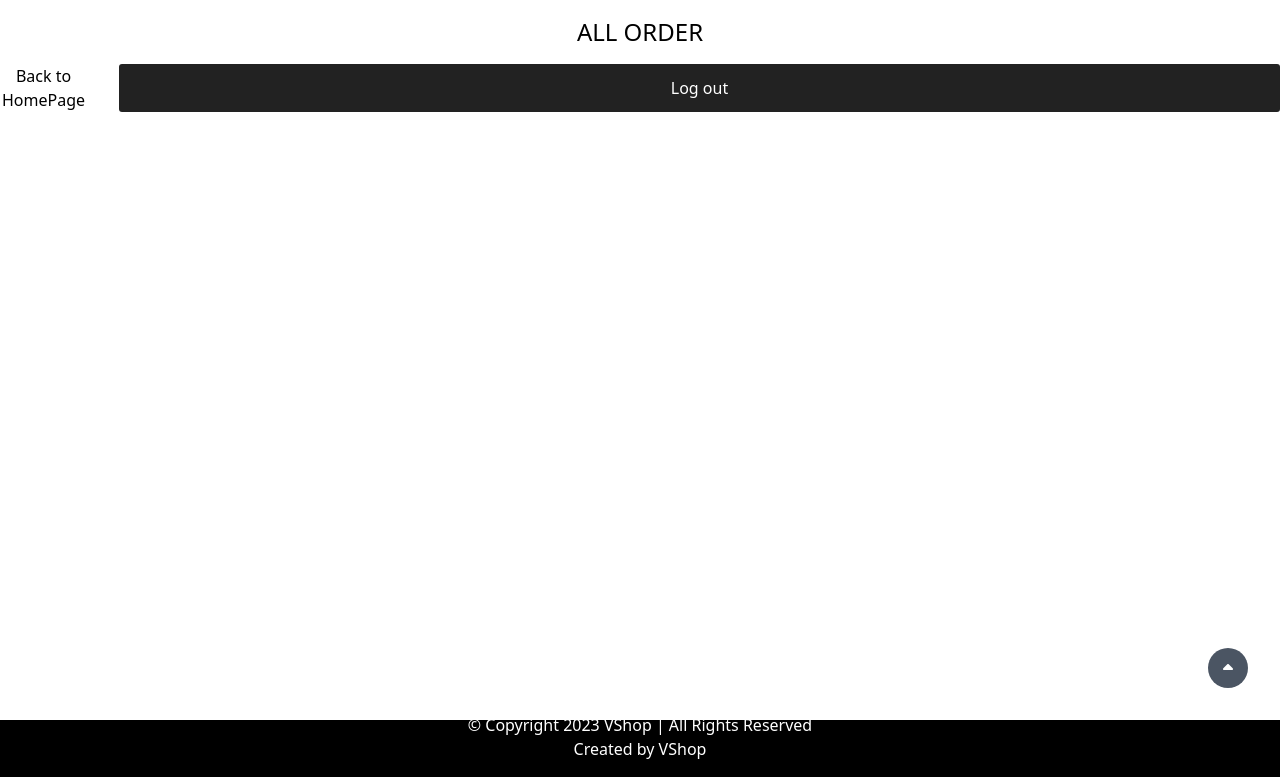
Repository: Kith933UTH/VSHOP
Page: /user
The author's editor kept a copy of each file at every save. The page is drawn from the files as they stood at one save, then again after the next save.
The browser window is 1280 px wide. The pictures show the whole page.
Pictures or frames that could not be fetched are drawn as grey boxes. An inner scrolling area shows only its first screen. The project was rebuilt for these pictures with package versions that can differ from the ones it lists, and the page was loaded fresh each time. Also part of the build but not shown: src/components/product-item/ProductItem.js, src/components/loader/Loader.js, src/constants/constants.js, src/components/product-filters/Category.js, src/components/product-filters/Price.js, src/components/product-filters/Rating.js, src/components/product-filters/ProductFilters.js, src/components/cart-shopping/CartEmpty.js and 24 more.

Above is the page before, as saved 2023-08-05 23:11:51.

### public/index.html
<!DOCTYPE html>
<html lang="en">
  <head>
    <meta charset="utf-8" />
    <link rel="icon" href="./logo.png" />
    <meta name="viewport" content="width=device-width, initial-scale=1" />
    <meta name="theme-color" content="#000000" />
    <meta
      name="description"
      content="Web site created using create-react-app"
    />
    <link rel="apple-touch-icon" href="%PUBLIC_URL%/logo192.png" />
    <!--
      manifest.json provides metadata used when your web app is installed on a
      user's mobile device or desktop. See https://developers.google.com/web/fundamentals/web-app-manifest/
    -->
    <link rel="manifest" href="%PUBLIC_URL%/manifest.json" />
    <!--
      Notice the use of %PUBLIC_URL% in the tags above.
      It will be replaced with the URL of the `public` folder during the build.
      Only files inside the `public` folder can be referenced from the HTML.

      Unlike "/favicon.ico" or "favicon.ico", "%PUBLIC_URL%/favicon.ico" will
      work correctly both with client-side routing and a non-root public URL.
      Learn how to configure a non-root public URL by running `npm run build`.
    -->
    <title>VShop</title>
  </head>
  <body>
    <noscript>You need to enable JavaScript to run this app.</noscript>
    <div id="root"></div>
  </body>
</html>

### src/index.js
import React from 'react'
import ReactDOM from 'react-dom/client'
import App from './App'
import {Provider} from "react-redux"
import {BrowserRouter} from "react-router-dom"
import {store} from "./redux"
import './index.css'

const root = ReactDOM.createRoot(document.getElementById('root'))
root.render(
    <Provider store={store}>
        <BrowserRouter>
            <App />
        </BrowserRouter>
    </Provider>
)

### src/redux/index.js
import {configureStore} from "@reduxjs/toolkit"
import {productsApi} from "./products/products.api"
import {productReducer} from "./products/products.slice"
import {setupListeners} from "@reduxjs/toolkit/query"

export const store = configureStore({
    reducer: {
        [productsApi.reducerPath]: productsApi.reducer,
        product: productReducer
    },
    middleware: getDefaultMiddleware => getDefaultMiddleware().concat(productsApi.middleware)
})

setupListeners(store.dispatch)

### src/index.css
@tailwind base;
@tailwind components;
@tailwind utilities;

@layer utilities {
    input[type="number"]::-webkit-inner-spin-button,
    input[type="number"]::-webkit-outer-spin-button {
        @apply appearance-none;
    }
}

html, body {
    width: 100%;
    height: 100%;
}

body::-webkit-scrollbar,
.box-item::-webkit-scrollbar,
.search-box::-webkit-scrollbar{
    width: 8px;
}

main {
    display: flex;
    flex-direction: column;
    height: 100%;
}

body::-webkit-scrollbar-thumb,
.box-item::-webkit-scrollbar-thumb,
.search-box::-webkit-scrollbar-thumb{
    background-color: #ccc;
    border-radius: 20px;
}

#root {
    height: 100%;
}

body {
    overflow: hidden;
}

.productItem:hover {
    transition: opacity .3s linear;
    opacity: .5;
}

.box-item {
    height: 320px;
    overflow-y: scroll;
}

/* Loader */
.loader-box {
    width: 100px;
    height: 100px;
    display: flex;
    justify-content: center;
    align-items: center;
    margin: 50px auto 0;
}

.loader{
    position: relative;
    width: 70px;
    height: 70px;
}

.loader span {
    position: absolute;
    top:0;
    left: 0;
    width: 100%;
    height: 100%;
    transform: rotate(calc(18deg * var(--i)));
}

.loader span::before {
    content:'';
    position: absolute;
    top: 0;
    left: 0;
    width: 10px;
    height: 10px;
    background: #000;
    border-radius: 50%;
    transform: scale(0);
    animation: animate 2s linear infinite;
    animation-delay: calc(0.1s * var(--i));
}
@keyframes animate {
    0%{
        transform: scale(0);
    }
    10%{
        transform: scale(1.2);
    }
    80%,100%{
        transform: scale(0);
    }
}

### src/context/context.js
import {createContext} from "react"

export const Context = createContext()

### src/components/footer/Footer.js
import React from "react"
import { Contact } from "../contact/Contact"
import { Policy } from "../policy/Policy"
export function Footer() {
    return (
        <footer className='bg-black text-white in-h-fit'>
            {/* <div className='max-w-[1240px] mx-auto py-2 text-sm sm:text-base'>
                <div className='flex justify-center'>
                    <a href='https://github.com/VolodymyrGoshko/react-shop'
                       target='_blank'
                       rel="noreferrer"
                       className='capitalize border-b mb-3 text-base hover:text-gray-300 transition'
                    >
                        view source code on github
                    </a>
                </div>
                <div className='flex justify-center flex-col items-center'>
                    <p className='text-center'>© Copyright 2022 React Shop | All Rights Reserved</p>
                    <a href='https://www.linkedin.com/in/volodymyr-goshko-656ab920b/'
                       target="_blank"
                       rel="noreferrer"
                       className='hover:text-gray-300 transition'
                    >
                        Created by Volodymyr Goshko
                    </a>
                </div>
            </div> */}
            <Contact />
            <Policy />
            <div className='flex justify-center flex-col items-center my-4'>
                    <p className='text-center'>© Copyright 2023 VShop | All Rights Reserved</p>
                    <a href='#' className='hover:text-gray-300 transition' >
                        Created by VShop
                    </a>
                </div>
        </footer>
    )
}

### src/components/btn-scroll/BtnScroll.js
import React from "react"
import {FontAwesomeIcon} from "@fortawesome/react-fontawesome"
import {faCaretUp} from "@fortawesome/free-solid-svg-icons"

export function BtnScroll() {
    const topClick = () => {
        const body = document.querySelector('body').getBoundingClientRect().top + window.scrollY
        window.scroll({
            top: body,
            behavior: 'smooth'
        })
    }

    return (
        <button
            className='fixed bottom-8 right-4 bg-gray-600 text-white rounded-full w-[30px] h-[30px] md:w-[40px] md:h-[40px] md:right-8 md:bottom-8 z-20 shadow-gray-600'
            onClick={topClick}
        >
            <FontAwesomeIcon icon={faCaretUp}/>
        </button>
    )
}

### src/components/user/User.js
import React from "react"
import {useDispatch, useSelector} from "react-redux"
import { useNavigate} from "react-router-dom"
import { OrderItem } from "./OrderItem"
import { toggleLogin } from "../../redux/products/products.slice"

export function User() {
    const dispatch = useDispatch()
    const navigate = useNavigate()
    const {order} = useSelector(state => state.product)
    const totalPrice = (items) => {
        let price = 0
        items.forEach(item => price += item.price * item.quantity)
        return Math.round(price * 100) / 100
    }
    const handleLogOut = () => {
        dispatch(toggleLogin(false))
        navigate('/')
    }
    const handleBack = () => {
        navigate('/')
    }

    return (
        <div className="fixed top-0 left-0 bottom-0 right-0 overflow-scroll z-20 bg-white">
        <div className="text-2xl font-medium text-center py-4">ALL ORDER</div>
        <div className={`min-w-[400px] min-h-screen flex flex-col items-center}`}>
            {!order
            ? 'No order yet'
            : order.map((items, index) =>
            <div key={index} className="border-2 rounded border-black mb-10 w-4/5">
                <div className="text-2xl font-medium pl-2 border-b-2"> Order {index + 1} </div>
                {items.map(item => <OrderItem key={item.id} item={item}/>)}
                <div className='mr-0 sm:mr-4 font-semibold flex justify-end'>
                    <span className='text-base sm:text-xl my-2'>Total:  </span>
                    <span className='text-base sm:text-xl my-2 ml-4'>{totalPrice(items)} $</span>
                </div>
            </div>
            )}
            <div className="flex ">
                <button  className="w-24 mr-8" onClick={handleBack}>Back to HomePage</button>
                <button id="sub_btn" onClick={handleLogOut}>Log out</button>
            </div>
        </div>
        </div>
    )
}

### src/redux/products/products.api.js
import {createApi, fetchBaseQuery} from "@reduxjs/toolkit/query/react"

export const productsApi = createApi({
    reducerPath: 'products/api',
    baseQuery: fetchBaseQuery({
        baseUrl: 'https://fakestoreapi.com'
    }),
    // refetchOnFocus: true,
    endpoints: build => ({
        getProductsAll: build.query({
            query:() => ({
                url: '/products'
            })
        }),
        getProductById: build.query({
            query:(id) => ({
                url: `/products/${id}`
            })
        }),
        getProductByCategory: build.query({
            query:(category) => ({
                url: `/products/category/${category}`
            })
        })
    })
})

export const {
    useGetProductsAllQuery,
    useGetProductByIdQuery,
    useGetProductByCategoryQuery
} = productsApi

### src/redux/products/products.slice.js
import {createSlice} from "@reduxjs/toolkit"

const productsSlice = createSlice({
    name: 'products',
    initialState: {
        cart: [],
        btnCart: null,
        filters: {},
        search: false,
        searchFilterProducts: null,
        logged: false,
        user: {username: 'username', password: 'password'},
        order: JSON.parse(localStorage.getItem("ORDER")) || []
    },
    reducers: {
        clearCart(state, action) {
            state.cart = state.cart.slice(0, action.payload)
        },
        addProductToCart(state, action) {
            state.cart.push({...action.payload, quantity: 1})
        },
        incrementProductInCart(state, action) {
            const item = state.cart.find(item => item.id === action.payload)
            item.quantity++
        },
        decrementProductInCart(state, action) {
            const item = state.cart.find(item => item.id === action.payload)
            if (item.quantity === 1) {
                item.quantity = 1
            } else {
                item.quantity--
            }
        },
        toggleBtnCart(state, action) {
            state.btnCart = action.payload
        },
        removeItemFromCart(state, action) {
            state.cart = state.cart.filter(el => el.id !== action.payload)
        },
        filtersProductsByCategory(state, action) {
            state.filters = action.payload
        },
        toggleSearchForm(state, action) {
            state.search = action.payload
        },
        toggleLogin(state, action) {
            state.logged = action.payload
        },
        setSearchFilterProducts(state, action) {
            state.searchFilterProducts = action.payload
        },
        setLocalStorage(state, action) {
            state.order.push(action.payload)
            localStorage.setItem('ORDER', JSON.stringify(state.order))
        }
    },
})

export const productReducer = productsSlice.reducer
export const {
    clearCart,
    addProductToCart,
    incrementProductInCart,
    decrementProductInCart,
    toggleBtnCart,
    removeItemFromCart,
    filtersProductsByCategory,
    toggleSearchForm,
    toggleLogin,
    setSearchFilterProducts,
    setLocalStorage
} = productsSlice.actions

### src/components/policy/Policy.js
import React from "react"
import { Link } from "react-router-dom"
export function Policy() {
    return (
        <div className='text-white in-h-fit max-w-[1240px] mx-auto py-2 text-sm sm:text-base flex justify-around items-cente'>
            <Link className='text-lg font-medium text-center' to='/return-policy'>
                RETURN POLICIES
            </Link>
            <Link className='text-lg font-medium text-center' to='/warranty-policy'>
                WARRANTY POLICIES
            </Link>
            <Link className='text-lg font-medium text-center' to='/shipping-policy'>
                SHIPPING POLICIES
            </Link>
        </div>
    )
}

### src/components/login/index.css
/* .m-5-auto {
    margin: 5rem auto
} */

.primary-button {
    margin-top: 5rem;
    margin-right: 1rem;
    padding: .6rem;
    width: 10rem;
    background: #222;
    border: none;
    color: #fff;
    font-size: 1.2rem;
    transition: all .5s;
    cursor: pointer;
    text-transform: capitalize
}

/***    Landing Page     ***/
.main-title,
.main-para {
    color: #f1f1f1
}

.main-title {
    padding-top: 10rem;
    font-size: 5rem;
    font-family: 'Fascinate', cursive;
    text-transform: uppercase
}

.main-para {
    font-size: 2.5rem;
    text-Transform: capitalize
}

#reg_btn span {
    display: inline-block;
    position: relative;
    transition: 0.5s;
}

#reg_btn span:after {
    content: '\00bb';
    position: absolute;
    opacity: 0;
    top: 0;
    right: -20px;
    transition: 0.5s;
}

#reg_btn:hover span {
  padding-right: 25px;
}

#reg_btn:hover span:after {
  opacity: 1;
  right: 0;
}

/***    Login Page     ***/
.login-page h2 {
    font-weight: 700;
    font-size: 1.9rem;
}
.login-page {
    position: fixed;
    top: 0;
    left: 0;
    right: 0;
    bottom: 0;
    z-index: 10;
    background-color: white;
    padding-top: 100px;
}

.login-page form {
    display: inline-block;
    background: #f3f3f3;
    border: 1px solid #ddd;
    border-radius: 2px;
    padding: 2rem;
    margin: 2rem 0 1rem 0
}

.login-page form label {
    float: left;
    font-size: .9rem;
    margin: 0;
    padding: 0
}

.right-label {
    float: right;
    cursor: pointer
}

.login-page input {
    width: 15rem;
    padding: .3rem;
    border-radius: 5px;
    outline: none;
    border: none
}

#sub_btn {
    display: block;
    width: 100%;
    padding: .3rem;
    border: none;
    background: #222;
    color: #fff;
    border-radius: 3px;
}

#sub_btn:hover {
    background: #333;
    transition: all .5s
}

/* footer p {
    margin: 0;
    font-size: .9rem
} */

/***    Register Page     ***/
#checkbox {
    width: 1rem
}

form span {
    font-size: .8rem
}

#reset_pass_lbl {
    float: left
}

/***    Home Page     ***/
.home-page-title {
    color: #222
}


.register-page input {
    width: 15rem;
    padding: .3rem;
    border-radius: 5px;
    outline: none;
    border: none
}

.register-page h2 {
    font-weight: 700;
    font-size: 1.9rem;
}
.register-page {
    position: fixed;
    top: 0;
    left: 0;
    right: 0;
    bottom: 0;
    z-index: 10;
    background-color: white;
    padding-top: 100px;
}

.register-page form {
    display: inline-block;
    background: #f3f3f3;
    border: 1px solid #ddd;
    border-radius: 2px;
    padding: 2rem;
    margin: 2rem 0 1rem 0
}

.register-page form label {
    float: left;
    font-size: .9rem;
    margin: 0;
    padding: 0
}

### src/components/contact/index.css
.contact-section {
    /* height: 96vh; */
    width: 100%;
    border-bottom: 1px solid #999;
}

.form-area {
    position: relative;
    /* height:84vh; */
    width: 100%;
    background: black;
    -webkit-box-sizing: border-box;
    box-sizing: border-box;
}

.form-area .form-wrap {
    /* position: absolute; */
    /* left: 50%;
    -webkit-transform: translateX(-50%);
    -ms-transform: translateX(-50%);
    transform: translateX(-50%); */
    width: 1120px;
    background-color: white;
    background-size: cover;
    background-position: center;
    border-radius: 0.2rem;
    -webkit-box-sizing: border-box;
    box-sizing: border-box;
    -webkit-box-shadow: 0 0 0.4rem 0 #999;
    box-shadow: 0 0 0.4rem 0 #999;
}

.form-wrap .title {
    padding-top: 2.4rem;
    width: 100%;
    -webkit-box-sizing: border-box;
    box-sizing: border-box;
}

.form-wrap .title h1 {
    color: black;
    font-size: 2.6rem;
    text-align: center;
}

.form-wrap .contact-area {
    padding-top: 3rem;
    display: -webkit-box;
    display: -ms-flexbox;
    display: flex;
    width: 100%;
    height: auto;
    -webkit-box-sizing: border-box;
    box-sizing: border-box;
}

.contact-area .contact-info {
    display: flex;
    flex-direction: column;
    justify-content: center;
    align-items: center;
    width: 35%;
    height: 100%;
    margin-left: 6rem;
}

.contact-info>div {
    margin-bottom: 1rem;
    display: -webkit-box;
    display: -ms-flexbox;
    display: flex;
    -webkit-box-align: center;
    -ms-flex-align: center;
    align-items: center;
}

.contact-info>div>p {
    color: #333;
    font-size: 1.4rem;
    font-weight: 500;
    text-align: center;
}

.contact-info>div>span {
    color: #61790a;
    font-size: 2rem;
    margin-right: 0.8rem;
}

.contact-area .contact-form {
    display: -webkit-box;
    display: -ms-flexbox;
    display: flex;
    -webkit-box-orient: vertical;
    -webkit-box-direction: normal;
    -ms-flex-direction: column;
    flex-direction: column;
    width: 60%;
    height: auto;
    padding: 0 3rem;
    -webkit-box-sizing: border-box;
    box-sizing: border-box;
}

.contact-form .name-field {
    display: -webkit-box;
    display: -ms-flexbox;
    display: flex;
    -webkit-box-pack: justify;
    -ms-flex-pack: justify;
    justify-content: space-between;
}

.name-field .input-area {
    width: 48%;
}

.contact-form .input-area {
    position: relative;
    margin-bottom: 2rem;
}

.input-area input {
    height: 3rem;
    width: 100%;
    color: #333;
    font-size: 1.2rem;
    border: 2px solid #fff;
    border-radius: 0.2rem;
    /* background: #eff; */
    -webkit-box-shadow: 0 0 0.1rem #666;
    box-shadow: 0 0 0.1rem #666;
    outline: none;
    padding: 0 1rem;
    -webkit-box-sizing: border-box;
    box-sizing: border-box;
    -webkit-transition: all 0.3s ease;
    -o-transition: all 0.3s ease;
    transition: all 0.3s ease;
}

.input-area label {
    position: absolute;
    top: 50%;
    left: 1rem;
    -webkit-transform: translateY(-50%);
    -ms-transform: translateY(-50%);
    transform: translateY(-50%);
    color: #333;
    font-size: 1.2rem;
    font-weight: 500;
    -webkit-transition: all 0.3s ease;
    -o-transition: all 0.3s ease;
    transition: all 0.3s ease;
}

.input-area input:focus~label,
.input-area input:valid~label {
    top: -0.8rem;
    left: 0;
    color: #fff;
    background: #111;
    border-radius: 5px;
    padding: 0.2rem;
    font-size: 1rem;
}

.contact-form .message-area {
    position: relative;
    -webkit-box-flex: 1;
    -ms-flex: 1 1 auto;
    flex: 1 1 auto;
    height: 200px;
    width: 100%;
}

.message-area textarea {
    height: 100%;
    width: 100%;
    border: 2px solid #fff;
    outline: none;
    font-size: 1.2rem;
    padding: 1rem;
    color: #333;
    -webkit-box-sizing: border-box;
    box-sizing: border-box;
    -webkit-box-shadow: 0 0 0.1rem #666;
    box-shadow: 0 0 0.1rem #666;
    border-radius: 0.2rem;
    resize: vertical;
    -webkit-transition: all 0.3s ease;
    -o-transition: all 0.3s ease;
    transition: all 0.3s ease;
}

.message-area label {
    position: absolute;
    color: #333;
    font-weight: 500;
    font-size: 1.2rem;
    top: 1rem;
    left: 1rem;
    -webkit-transition: all 0.3s ease;
    -o-transition: all 0.3s ease;
    transition: all 0.3s ease;
}

.message-area textarea:focus~label,
.message-area textarea:valid~label {
    top: -1.6rem;
    left: 0;
    color: #fff;
    padding: 0.2rem;
    background: #111;
    font-size: 1rem;
}

.contact-form .btn {
    margin-top: 1.8rem;
}

.contact-form .btn button {
    height: 3.2rem;
    width: 8rem;
    border: none;
    outline: none;
    color: #fff;
    font-size: 1.2rem;
    background: black;
    border-radius: 0.1rem;
    cursor: pointer;
}

#contact.menu-active {
    padding-top: 2rem;
}

### src/components/contact/reponsive.css
@media screen and (min-width: 940px) and (max-width: 1360px) {
    /* .contact-section {
        height: 107vh;
    } */
    .form-area .form-wrap {
        width: 90%;
        height: 620px;
    }
}

@media screen and (max-width: 1040px) {
    .contact-area .contact-info {
        margin-left: 0;
        display: flex;
        flex-direction: column;
        justify-content: center;
        align-items: center;
    }

    .contact-area .contact-form {
        padding: 0 1.8rem;
    }

}



@media screen and (max-width: 940px) {
    /* .contact-section {
        height: 148vh;
    } */

    .form-area .form-wrap {
        padding-bottom: 3.6rem;
        width: 80%;
        height: auto;
    }

    .form-wrap .contact-area {
        -webkit-box-orient: vertical;
        -webkit-box-direction: normal;
        -ms-flex-direction: column;
        flex-direction: column;
        -webkit-box-pack: center;
        -ms-flex-pack: center;
        justify-content: center;
    }

    .contact-area .contact-info {
        width: 100%;
    }

    .contact-area .contact-form {
        width: 100%;
        padding: 1rem 4rem 0 4rem;
    }
}

/*
@media screen and (max-width: 836px) {
    .contact-section {
        min-height: 96vh;
    }
} */

@media screen and (max-width: 770px) {
    .contact-section {
        height: 1100px;
    }

    .form-area .form-wrap {
        width: 88%;
        height: auto;
    }
}

@media screen and (max-width: 680px) {
    .contact-section {
        height: 1100px;
    }


    .form-area .form-wrap {
        /* top: -82%; */
        width: 88%;
        height: auto;
    }

}


@media screen and (max-width: 490px) {
    .contact-section {
        height: 1100px;
    }

    .contact-area .contact-info {
        width: 88%;
        margin-left: 1.2rem;
    }

    .form-area .form-wrap {
        /* top: -82%; */
        width: 88%;
        height: auto;
    }

    .contact-info>div>p {
        font-size: 1.2rem;
    }

    .contact-area .contact-form {
        margin-top: 1.4rem;
        padding: 0 1.2rem;
    }

}

@media screen and (max-width: 390px) {
    .contact-section {
        height: 1130px;
    }

    .contact-area .contact-info {
        width: 80%;
        /* margin-left: 1.2rem; */
    }

    .form-area .form-wrap {
        width: 90%;
        height: auto;
    }

    .contact-info>div>p {
        font-size: 1.2rem;
    }

    .contact-area .contact-form {
        width: 100%;
        padding: 1rem 1rem 0 1rem;
    }
}


@media screen and (max-width: 340px) {
    .contact-section {
        height: 980px;
    }

    .form-area .form-wrap {
        top: -86%;
        width: 96%;
    }

    .contact-area  {
        width: 100%;
    }

    .contact-area .contact-info {
        width: 100%;
        margin-left: 1rem;
    }

    .form-wrap .title h1 {
        font-size: 2rem;
    }

    .contact-info>h2 {
        font-size: 1.6rem;
    }

    .contact-info>div>p {
        font-size: 1rem;
    }

    .contact-info>div>span {
        font-size: 1.2rem;
    }

    .input-area label {
        font-size: 1rem;
    }

    .message-area label {
        font-size: 1rem;
    }

}

Loaded but not shown: tailwind.config.js (common file); src/components/contact/Contact.js (66 lines, source omitted); src/App.js (50 lines, source omitted)

After the next save:
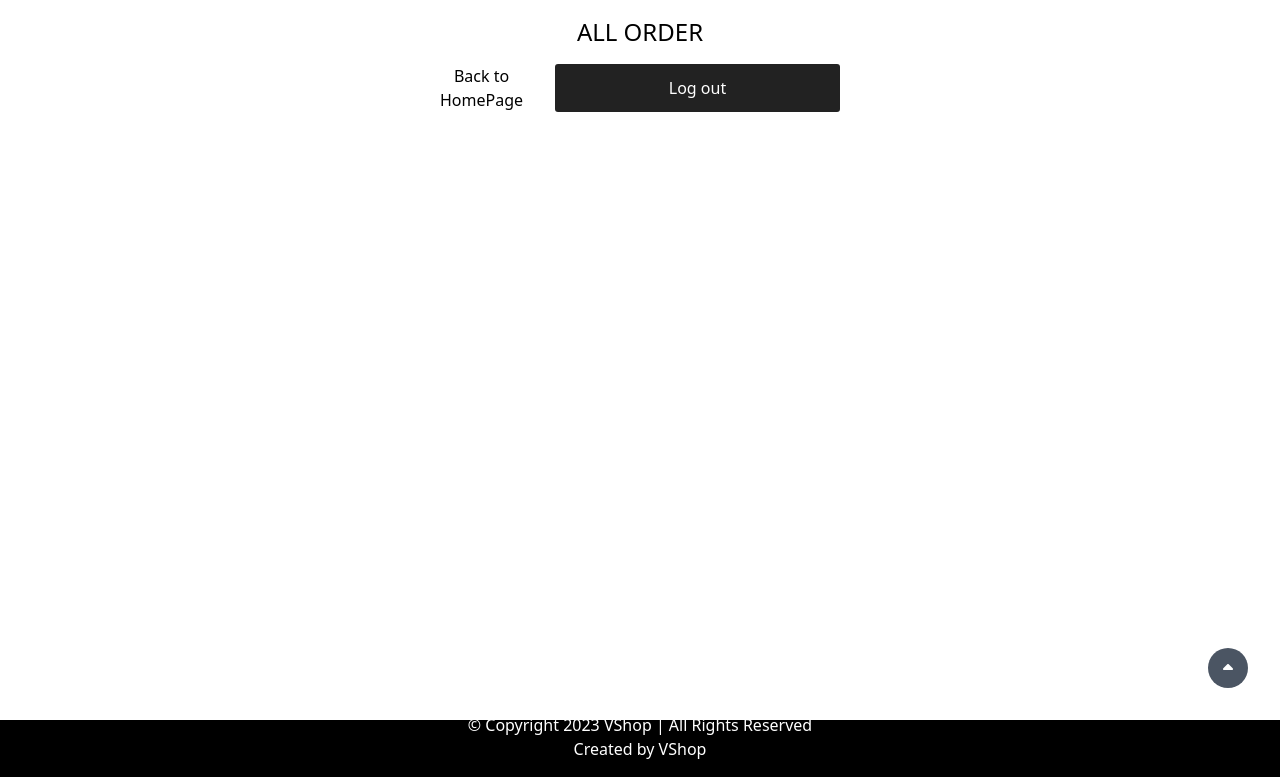
Saved 43 s later.
--- a/src/components/user/User.js
+++ b/src/components/user/User.js
@@ -22,7 +22,7 @@ export function User() {
     }
 
     return (
-        <div className="fixed top-0 left-0 bottom-0 right-0 overflow-scroll z-20 bg-white">
+        <div className="fixed top-0 left-0 bottom-0 right-0 overflow-scroll z-20 bg-white flex flex-col items-center">
         <div className="text-2xl font-medium text-center py-4">ALL ORDER</div>
         <div className={`min-w-[400px] min-h-screen flex flex-col items-center}`}>
             {!order
